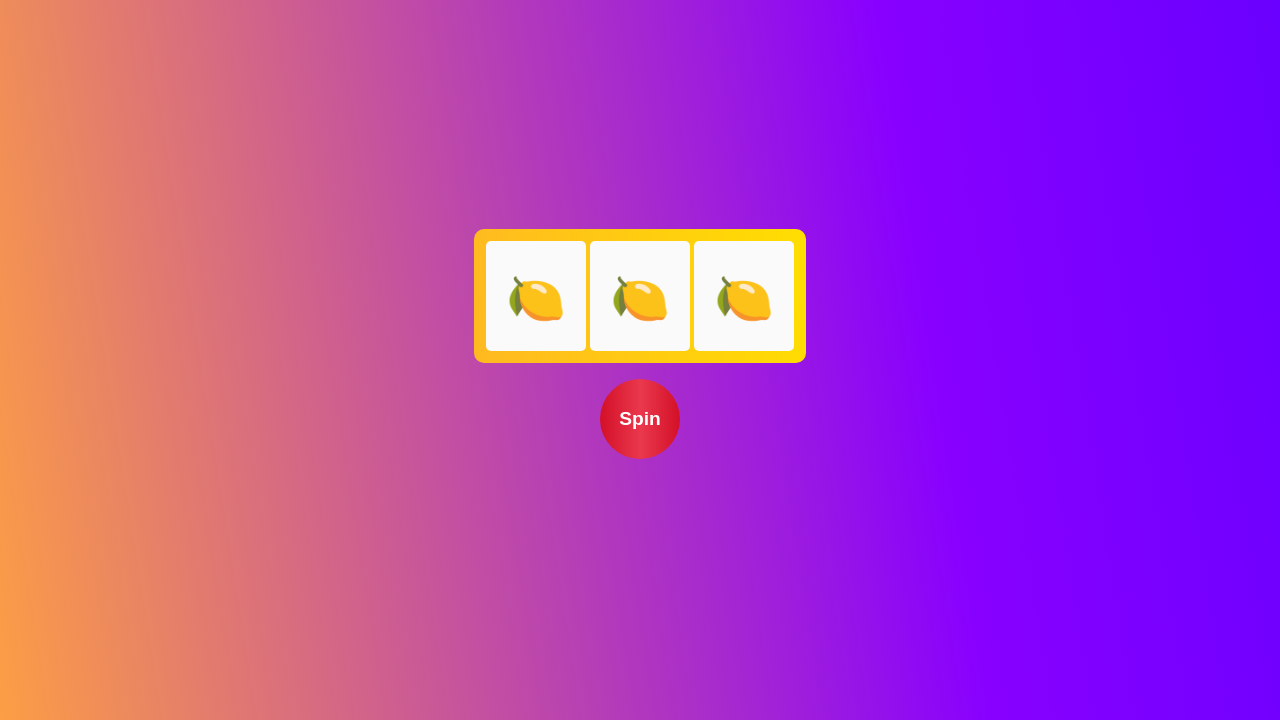
Repository: HERBOD7/slotmachine
Page: /
The author's editor kept a copy of each file at every save. The page is drawn from the files as they stood at one save, then again after the next save.
The browser window is 1280 px wide. The pictures show the whole page.
The pointer rests on the first visible `.spinner`.
The project was rebuilt for these pictures with package versions that can differ from the ones it lists, and the page was loaded fresh each time. Also part of the build but not shown: vue.config.js.

Above is the page before, as saved 2023-07-23 12:09:22.

After the next save:
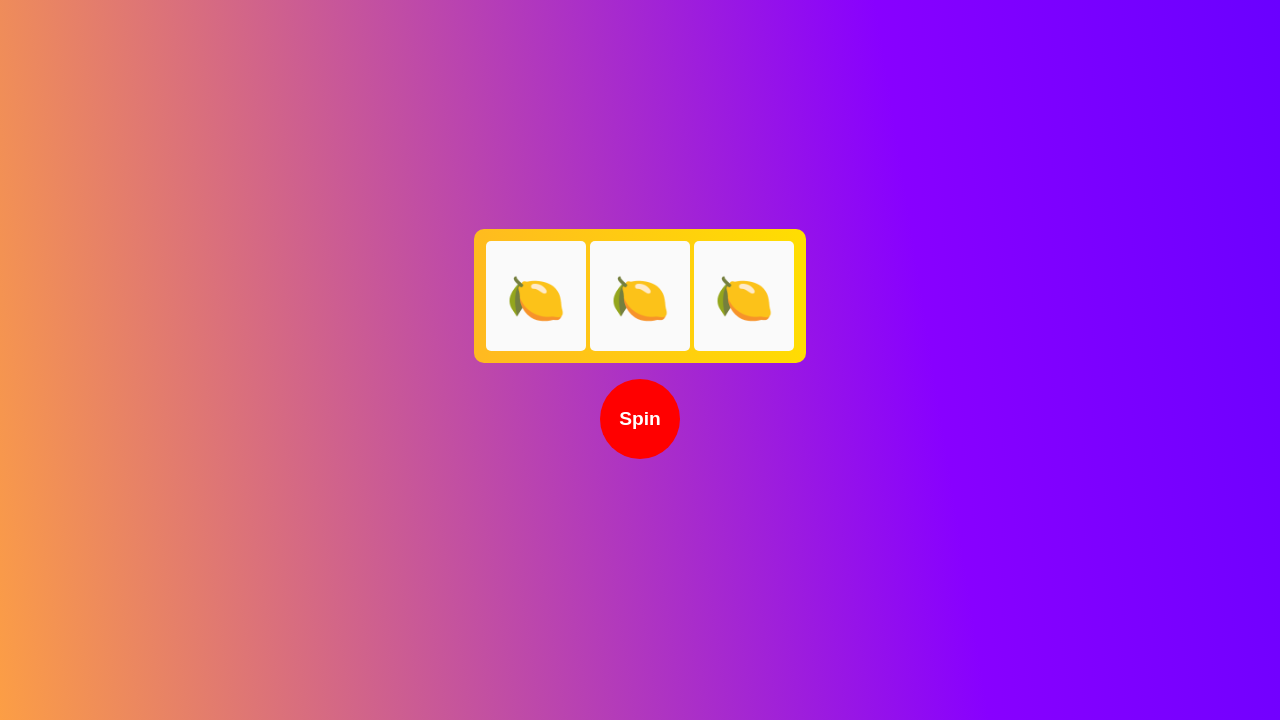
Saved 18 s later.
--- a/src/App.vue
+++ b/src/App.vue
@@ -126,6 +126,6 @@ button {
 }
 
 .spinner:hover {
-  background: linear-gradient(to right, #d31027 0%, #ea384d 51%, #d31027 100%);
+  background: rgb(255, 0, 0);
 }
 </style>
